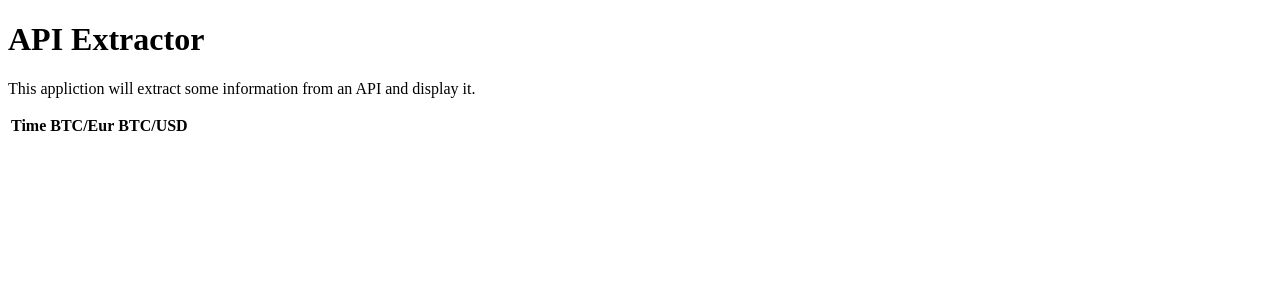
Repository: vxyux/api-extraction
Page: index.html
An editor plug-in stored every save of this project. The page is shown before and after the next save, followed by the edit.
The browser window is 1280 px wide. The pictures show the whole page.
The page's requests for data from a server got no answer.

Above is the page before, as saved 2023-09-05 10:14:52.

### index.html
<!DOCTYPE html>
<html lang="en">
<head>
  <meta charset="UTF-8">
  <meta name="viewport" content="width=device-width, initial-scale=1.0">
  <title>Document</title>
  <link rel="stylesheet" href="stylesheet.css">
  <script src="app.js"></script>
</head>
<body>
  <h1>API Extractor</h1>
  <p>This appliction will extract some information from an API and display it.</p>

  <table>
    <tr>
      <th>Time</th>
      <th>BTC/Eur</th>
      <th>BTC/USD</th>
    </tr>
  </table>
</body>
</html>

### app.js
const api_url = 'https://api.coindesk.com/v1/bpi/currentprice.json';

async function getapi(url) {

  const response = await fetch(url);

  var data = await response.json();

  console.log(data);
  if (response) {
    hideloader();
  }
  show(data);

}

getapi(api_url);

function hideloader() {
  document.getElementById('loading').style.display = 'none';
}

function show(data) {
  let table =
    `
    `
}

Loaded but not shown: stylesheet.css (no copy from this time; the picture is the same without it)

After the next save:
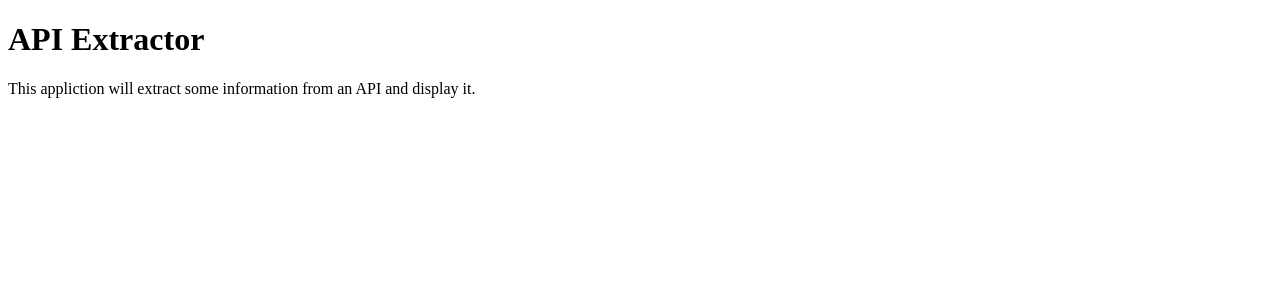
Saved 20 s later.
--- a/index.html
+++ b/index.html
@@ -11,12 +11,6 @@
   <h1>API Extractor</h1>
   <p>This appliction will extract some information from an API and display it.</p>
 
-  <table>
-    <tr>
-      <th>Time</th>
-      <th>BTC/Eur</th>
-      <th>BTC/USD</th>
-    </tr>
-  </table>
+
 </body>
 </html>
